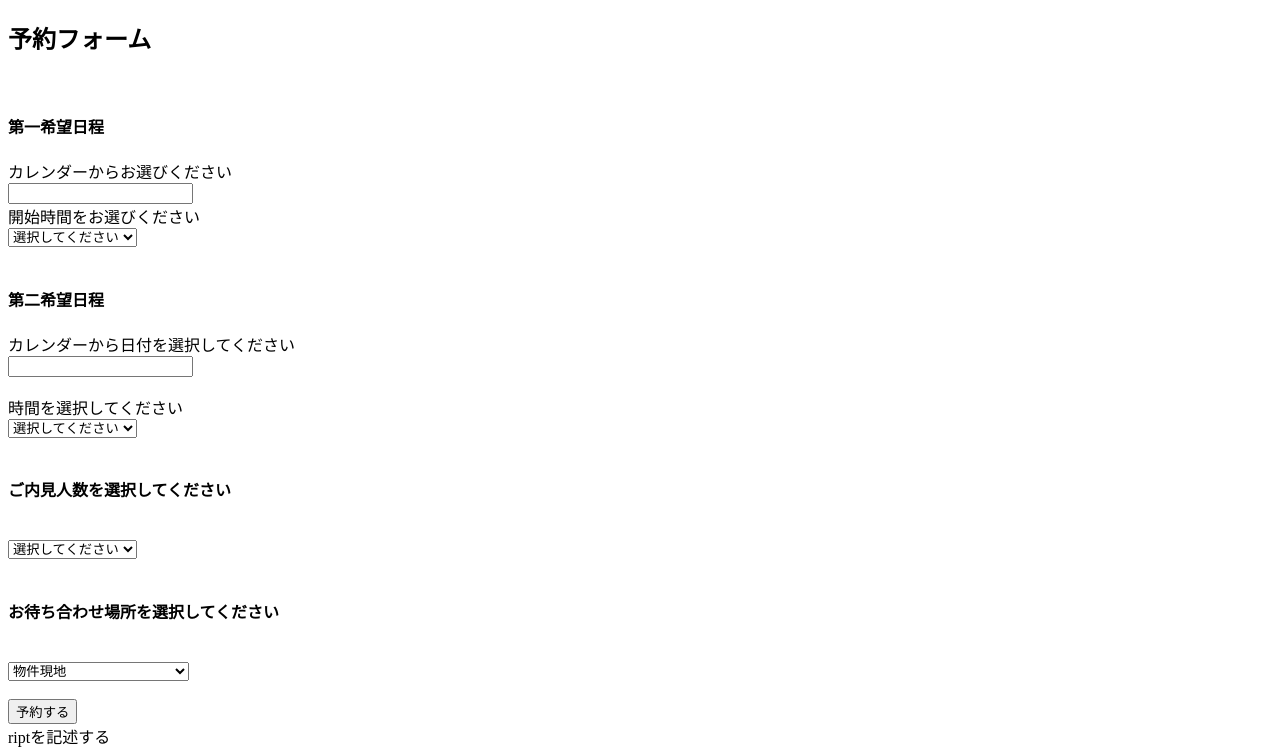
Repository: tuwen0803/contactform
Page: reservation.html
The author's editor kept a record of every edit. The page is drawn from the files as they stood at one moment, then again after the next edit.
The browser window is 1280 px wide. The pictures show the whole page.
Some web libraries are served in a nearby version.

Above is the page before.

### reservation.html
<!DOCTYPE html>
<html lang="ja">
  <head>
    <meta charset="utf-8">
    <!-- jQuery -->
    <script src="https://code.jquery.com/jquery-3.5.1.min.js"></script>
    <!-- jQuery UI -->
    <script src="https://ajax.googleapis.com/ajax/libs/jqueryui/1.12.1/jquery-ui.min.js"></script>
    <link rel="stylesheet" href="https://ajax.googleapis.com/ajax/libs/jqueryui/1.12.1/themes/smoothness/jquery-ui.css">
    <script src="https://ajax.googleapis.com/ajax/libs/jqueryui/1/i18n/jquery.ui.datepicker-ja.min.js"></script>

  <body>


    <script>
      //ここにJavaSc<script src="http://ajax.googleapis.com/ajax/libs/jquery/1/jquery.min.js"></script>
<script src="http://ajax.googleapis.com/ajax/libs/jqueryui/1/jquery-ui.min.js"></script>
<link rel="stylesheet" href="http://ajax.googleapis.com/ajax/libs/jqueryui/1/themes/flick/jquery-ui.css">
<h2>予約フォーム</h2><br>
<form method="POST" action="">
  <h4>第一希望日程</h4>
  カレンダーからお選びください<br>
  <input type="text" id="calender"><div id="datepicker"></div>
  開始時間をお選びください<br>
	<select name="time">
	<option value=""> 選択してください</option>
	<option value="">10:00開始</option>
	<option value="">11:00開始</option>
	<option value="">12:00開始</option>
	<option value="">13:00開始</option>
	<option value="">14:00開始</option>
	<option value="">15:00開始</option>
	<option value="">16:00開始</option>
	<option value="">17:00開始</option>
	</select><br><br>
	 <h4>第二希望日程</h4>
	 カレンダーから日付を選択してください<br>
<input type="text" id="calender"><br><div id="datepicker"></div><br>
   時間を選択してください<br>
	<select name="time">
	<option value=""> 選択してください</option>
	<option value="">10:00開始</option>
	<option value="">11:00開始</option>
	<option value="">12:00開始</option>
	<option value="">13:00開始</option>
	<option value="">14:00開始</option>
	<option value="">15:00開始</option>
	<option value="">16:00開始</option>
	<option value="">17:00開始</option>
	</select><br><br>

<h4>ご内見人数を選択してください</h4><br>
	<select name="persons">
	<option value=""> 選択してください</option>
	<option value="">1名様</option>
	<option value="">2名様</option>
	<option value="">3名様</option>
	<option value="">4名様以上</option>
	</select><br><br>

<h4>お待ち合わせ場所を選択してください</h4><br>
 	<select name="place">
  <option value="">物件現地</option>
  <option value="">弊社（港区白金台3-15-2）</option>

	</select>
	<br><br>
	<input type="submit" value="予約する" class="submit">
</form>

<script>
$(function() {
  $('#calender').datepicker({
    duration: 500,  // 指定ミリ秒の時間をかける
    showAnim: 'slideDown', // スライドダウンで表示する
  });
});


/*$(function() {
	var dateFormat = 'yy年mm月dd日';
    $("#datepicker").datepicker({
        dateFormat: dateFormat,
        minDate: 0,
        onSelect: function(dateText, inst) {
                    $("#date_val").val(dateText);
        }
    });
});*/
</script>riptを記述する
    </script>

  </body>
</html>

After the next edit:
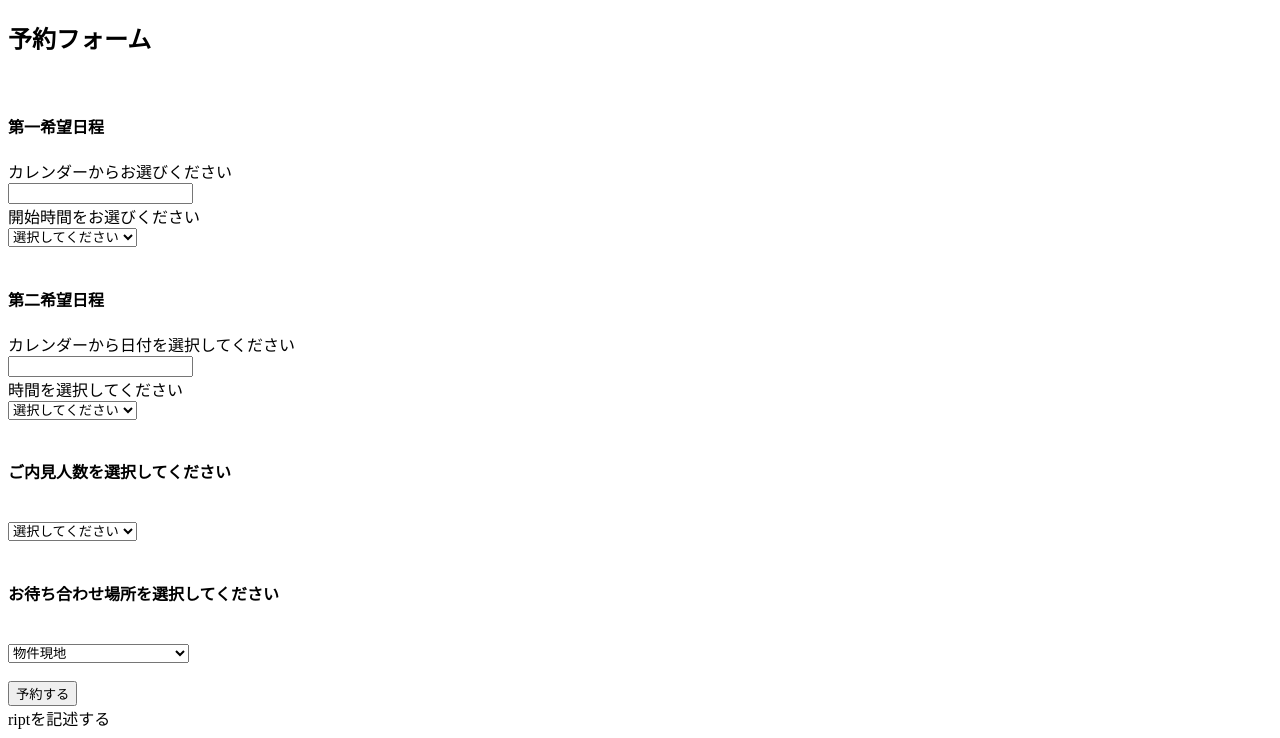
The edit:
--- a/reservation.html
+++ b/reservation.html
@@ -35,7 +35,7 @@
 	</select><br><br>
 	 <h4>第二希望日程</h4>
 	 カレンダーから日付を選択してください<br>
-<input type="text" id="calender"><br><div id="datepicker"></div><br>
+ <input type="text" id="calender"><div id="datepicker"></div>
    時間を選択してください<br>
 	<select name="time">
 	<option value=""> 選択してください</option>
